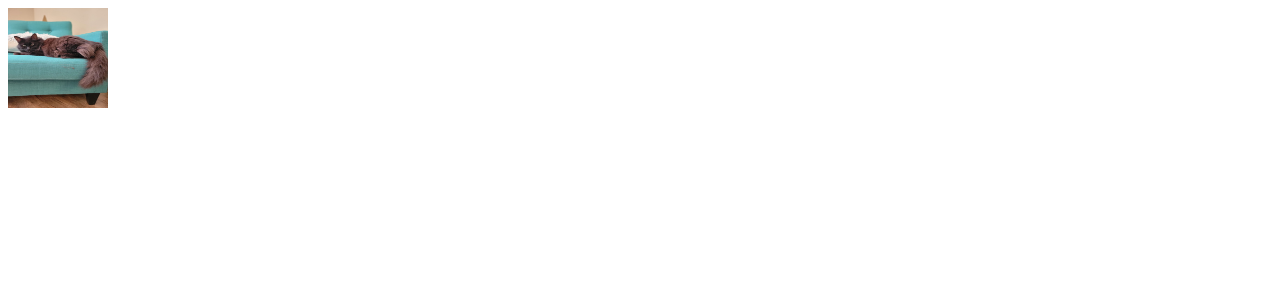
Repository: sarahtthomson/fa22-cse110-lab3
Page: index.html
An editor plug-in stored every save of this project. The page is shown before and after the next save, followed by the edit.
The browser window is 1280 px wide. The pictures show the whole page.

Above is the page before, as saved 2022-10-07 14:07:06.

After the next save:
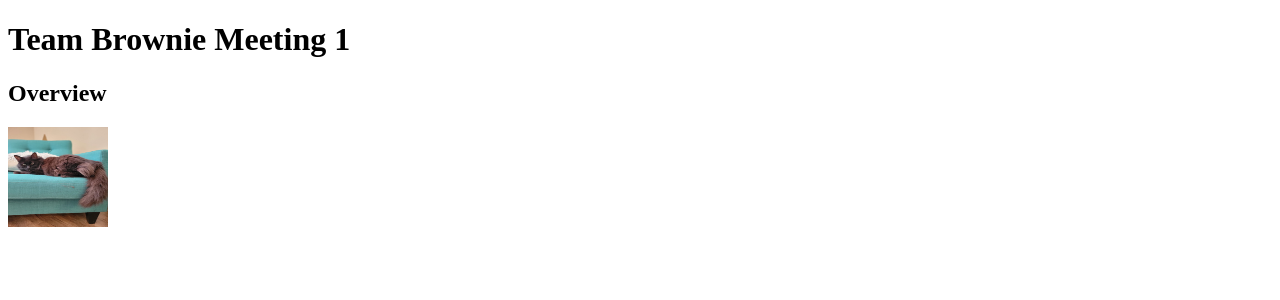
Saved 6 min 55 s later.
--- a/index.html
+++ b/index.html
@@ -6,6 +6,8 @@
         <link rel="icon" href="/favicon.ico" />
     </head>
     <body>
+        <h1>Team Brownie Meeting 1</h1>
+        <h2>Overview</h2>
         <img height="100" width="100" src="/cat.jpg">
     </body>
 </html>
